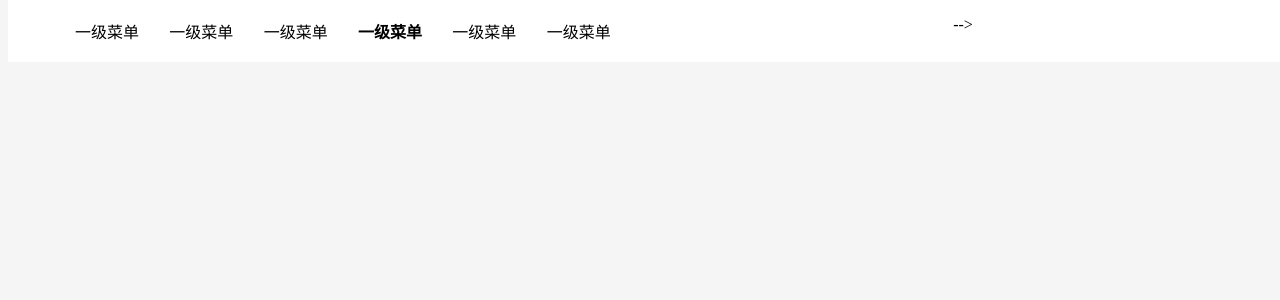
Repository: LJW3112/StudyHTML
Page: 个人作品展示网页/CODE/index.html
An editor plug-in stored every save of this project. The page is shown before and after the next save, followed by the edit.
The browser window is 1280 px wide. The pictures show the whole page.

Above is the page before, as saved 2023-02-12 16:58:04.

After the next save:
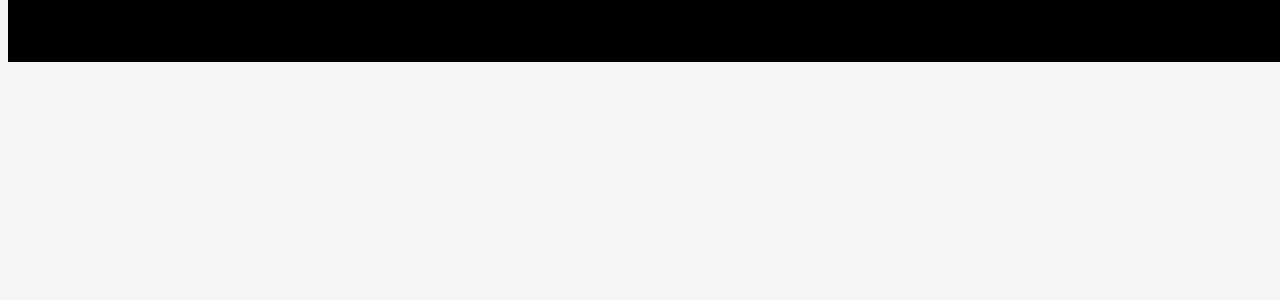
Saved 19 s later.
--- a/个人作品展示网页/CODE/index.html
+++ b/个人作品展示网页/CODE/index.html
@@ -15,7 +15,7 @@
                 /*高度改为自动高度*/
                 width: 100%;
                 margin-left: 0;
-                background: rgb(255, 255, 255);
+                background: rgb(0, 0, 0);
                 position: fixed;
                 /*固定在顶部*/
                 top: 0;

After the save that followed:
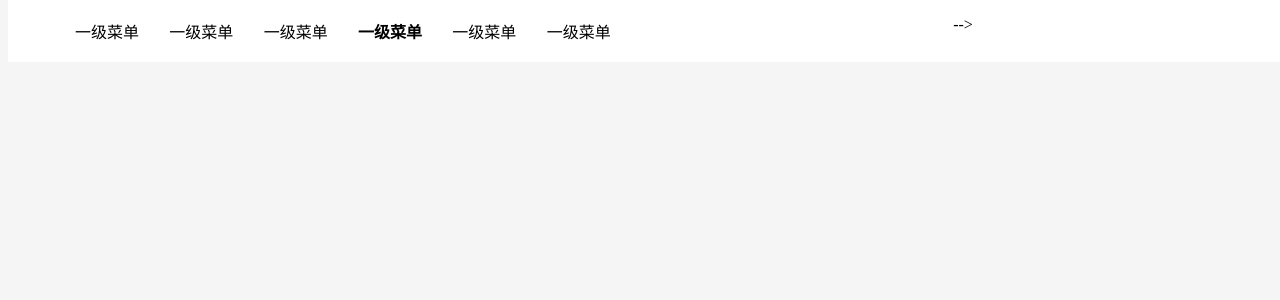
Saved 4 s later.
--- a/个人作品展示网页/CODE/index.html
+++ b/个人作品展示网页/CODE/index.html
@@ -15,7 +15,7 @@
                 /*高度改为自动高度*/
                 width: 100%;
                 margin-left: 0;
-                background: rgb(0, 0, 0);
+                background: rgb(255, 255, 255);
                 position: fixed;
                 /*固定在顶部*/
                 top: 0;
